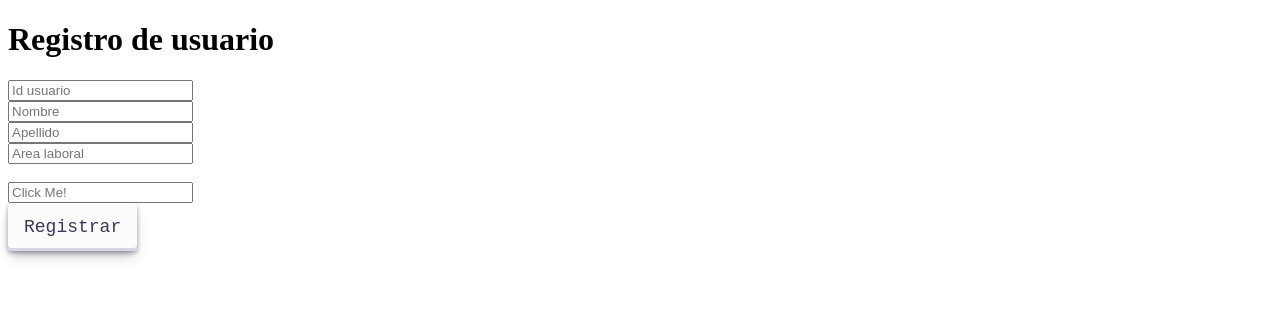
Repository: Alejandr0Aceved0/AWS_SERVICES_AND_INSTANCES
Page: register.html
An editor plug-in stored every save of this project. The page is shown before and after the next save, followed by the edit.
The browser window is 1280 px wide. The pictures show the whole page.

Above is the page before, as saved 2024-10-17 16:12:42.

### register.html
<!DOCTYPE html>
<html>

<head>
    <meta charset='utf-8'>
    <meta http-equiv='X-UA-Compatible' content='IE=edge'>
    <title>Register Page</title>
    <meta name='viewport' content='width=device-width, initial-scale=1'>
    <link rel='stylesheet' type='text/css' media='screen' href='styles/appRegister.css'>
    <script src='appRegister.js'></script>
</head>

<body>
    <p>
    <h1>Registro de usuario</h1>

    <input type="text" placeholder="Id usuario" class="form-input-text__FormInput-sc-xxedi2-0 form-input-text___StyledFormInput-sc-xxedi2-1 dzARff ldZduL">
    <br>

    <input type="text" placeholder="Nombre" class="form-input-text__FormInput-sc-xxedi2-0 form-input-text___StyledFormInput-sc-xxedi2-1 dzARff ldZduL">
    <br>

    <input type="text" placeholder="Apellido" class="form-input-text__FormInput-sc-xxedi2-0 form-input-text___StyledFormInput-sc-xxedi2-1 dzARff ldZduL">
    <br>

    <input type="text" placeholder="Area laboral" class="form-input-text__FormInput-sc-xxedi2-0 form-input-text___StyledFormInput-sc-xxedi2-1 dzARff ldZduL">
    <br>
    <br>

    <input type="text" placeholder="Click Me!" class="form-input-text__FormInput-sc-xxedi2-0 form-input-text___StyledFormInput-sc-xxedi2-1 dzARff ldZduL">
    <br>

    <button class="button-30" role="button">Registrar</button>
</body>

</html>

### styles/appRegister.css
.input {

}




.button-30 {
    align-items: center;
    appearance: none;
    background-color: #FCFCFD;
    border-radius: 4px;
    border-width: 0;
    box-shadow: rgba(45, 35, 66, 0.4) 0 2px 4px, rgba(45, 35, 66, 0.3) 0 7px 13px -3px, #D6D6E7 0 -3px 0 inset;
    box-sizing: border-box;
    color: #36395A;
    cursor: pointer;
    display: inline-flex;
    font-family: "JetBrains Mono", monospace;
    height: 48px;
    justify-content: center;
    line-height: 1;
    list-style: none;
    overflow: hidden;
    padding-left: 16px;
    padding-right: 16px;
    position: relative;
    text-align: left;
    text-decoration: none;
    transition: box-shadow .15s, transform .15s;
    user-select: none;
    -webkit-user-select: none;
    touch-action: manipulation;
    white-space: nowrap;
    will-change: box-shadow, transform;
    font-size: 18px;
}

.button-30:focus {
    box-shadow: #D6D6E7 0 0 0 1.5px inset, rgba(45, 35, 66, 0.4) 0 2px 4px, rgba(45, 35, 66, 0.3) 0 7px 13px -3px, #D6D6E7 0 -3px 0 inset;
}

.button-30:hover {
    box-shadow: rgba(45, 35, 66, 0.4) 0 4px 8px, rgba(45, 35, 66, 0.3) 0 7px 13px -3px, #D6D6E7 0 -3px 0 inset;
    transform: translateY(-2px);
}

.button-30:active {
    box-shadow: #D6D6E7 0 3px 7px inset;
    transform: translateY(2px);
}

Loaded but not shown: appRegister.js (no copy from this time; the picture is the same without it)

After the next save:
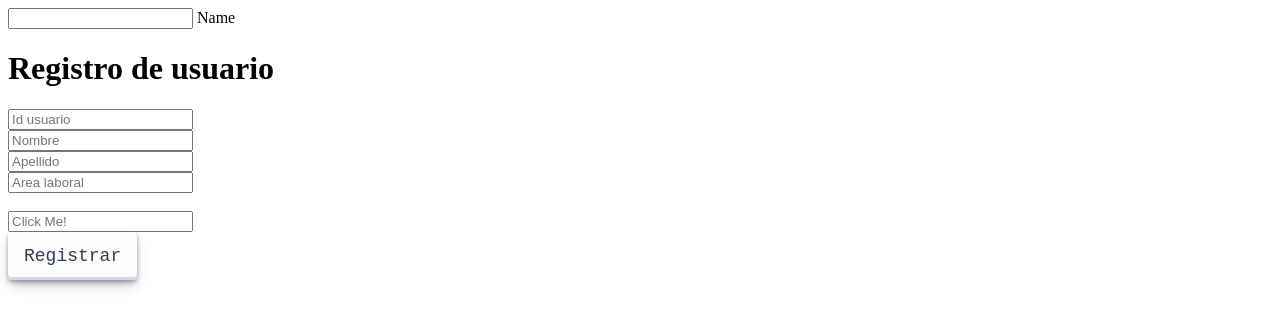
Saved 13 s later.
--- a/register.html
+++ b/register.html
@@ -11,6 +11,12 @@
 </head>
 
 <body>
+
+    <div class="form-field col x-50">
+        <input id="name" class="input-text js-input" type="text" required>
+        <label class="label" for="name">Name</label>
+     </div>
+
     <p>
     <h1>Registro de usuario</h1>
 
